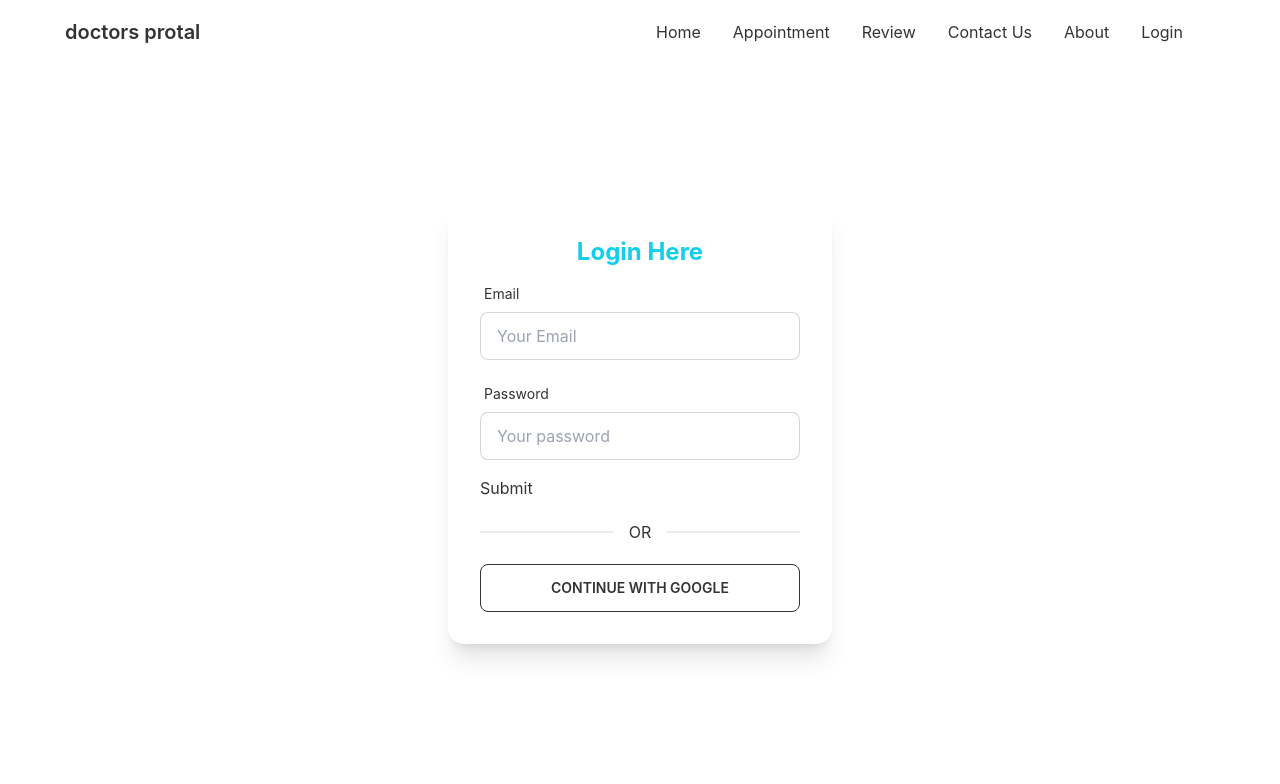
Repository: mdrubel02/doctor-protal
Page: /login
An editor plug-in stored every save of this project. The page is shown before and after the next save, followed by the edit.
The browser window is 1280 px wide. The pictures show the whole page.
The project was rebuilt for these pictures with package versions that can differ from the ones it lists, and the page was loaded fresh each time. Also part of the build but not shown: src/App.css, src/Pages/About/About.js, src/Pages/Shared/Footer/Footer.js, src/Pages/Appointment/AppointmentBanner.js, src/Pages/Appointment/BookingModal.js, src/Pages/Appointment/Service.js, src/Pages/Appointment/AvailableAppointment.js, src/Pages/Appointment/Appointment.js and 2 more. Imported but missing from the stored project, and not drawn on this page: src/Pages/Contact/Contact.

Above is the page before, as saved 2022-05-15 01:48:44.

After the next save:
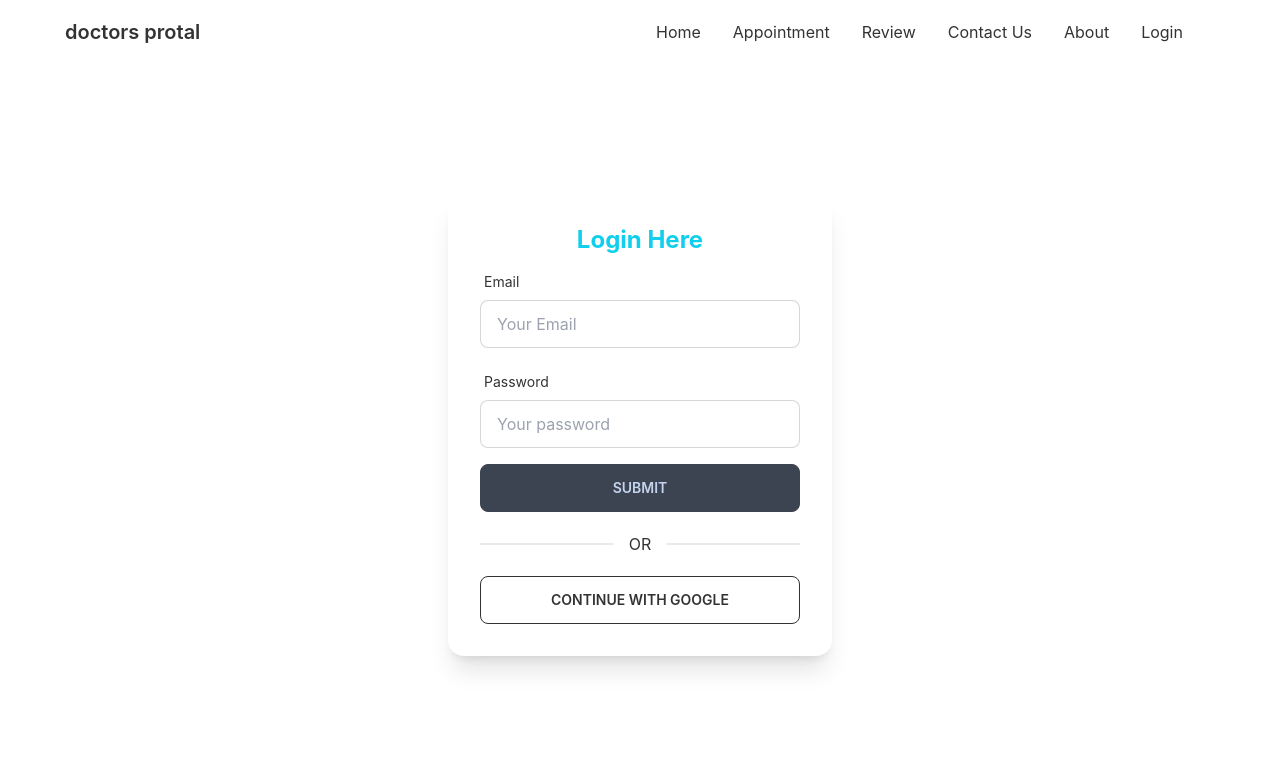
Saved 2 min 33 s later.
--- a/src/Pages/Login/Login.js
+++ b/src/Pages/Login/Login.js
@@ -73,7 +73,7 @@ const Login = () => {
 
 
 
-                        <input type="submit" />
+                        <input className='btn w-full max-w-xs' type="submit" />
                     </form>
                     <div className="divider">OR</div>
                     <button onClick={() => signInWithGoogle()} className="btn btn-outline">Continue With Google</button>
